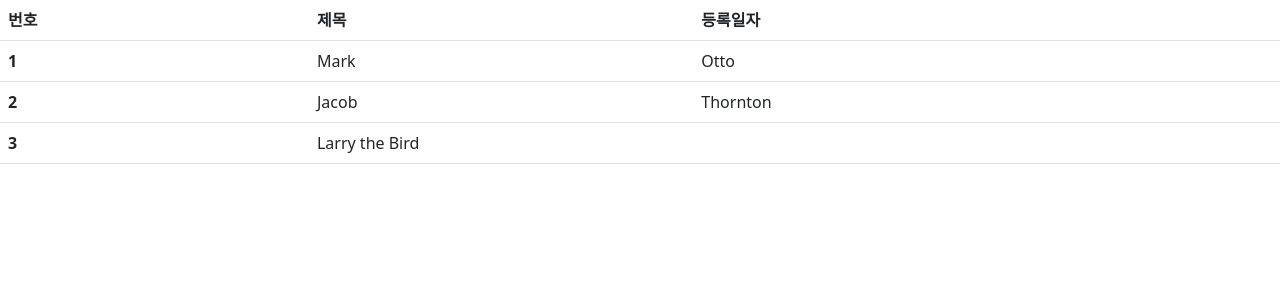
Repository: MeteorLee/Fastcampus_Spring
Page: http://localhost/java-web-01-jsp/board/detail.jsp
The author's editor kept a copy of each file at every save. The page is drawn from the files as they stood at one save, then again after the next save.
The browser window is 1280 px wide. The pictures show the whole page.
The page is served by Tomcat 9. Queries for data that is not in the repository find no rows.

Above is the page before, as saved 2022-12-22 12:42:55.

### java-web-01-jsp/WebContent/board/detail.jsp
<%@page import="java.sql.Statement"%>
<%@page import="java.sql.ResultSet"%>
<%@page import="java.sql.PreparedStatement"%>
<%@page import="com.mysql.cj.xdevapi.PreparableStatement"%>
<%@page import="java.sql.DriverManager"%>
<%@page import="java.sql.Connection"%>
<%@ page language="java" contentType="text/html; charset=UTF-8"
    pageEncoding="UTF-8"%>

<!DOCTYPE html>
<html>
	<head>
		<meta charset="UTF-8">
		<title>Insert title here</title>
		<link href="https://cdn.jsdelivr.net/npm/bootstrap@5.2.3/dist/css/bootstrap.min.css" rel="stylesheet" integrity="sha384-rbsA2VBKQhggwzxH7pPCaAqO46MgnOM80zW1RWuH61DGLwZJEdK2Kadq2F9CUG65" crossorigin="anonymous">
	</head>

	<body>
		<table class="table">
			<thead>
				<tr>
					<th scope="col">번호</th>
					<th scope="col">제목</th>
					<th scope="col">등록일자</th>

				</tr>
			</thead>
			<tbody>
			<%

	// DB에 접속을 하고 위에 내용을 저장하는 소스 구현
	Connection connection = null;
	ResultSet resultSet = null;
	try {
		Class.forName("com.mysql.cj.jdbc.Driver");
		// 데이터베이스 접촉을 위한 정보 set
		String jdbcUrl = "jdbc:mysql://localhost:3307/profile";
		// db 설치시 기입한 접속 정보set
		String user = "root";
		String password = "1234";
		// db 접속 커넥션을 획득
		connection = DriverManager.getConnection(jdbcUrl, user, password);
		String sql = "SELECT BOARD_SEQ, TITLE, CONTENTS, REG_DATE FROM T_BOARD";

		// DB 커넥션 소스를 구현해야 되요.
		Statement stmt = connection.createStatement();
		resultSet = stmt.executeQuery(sql);
		while (resultSet.next()) {
%>
			<tr>
				<th scope="row"><%=resultSet.getString("BOARD_SEQ") %></th>
				<td><%=resultSet.getString("TITLE") %></td>
				<td><%=resultSet.getString("REG_DATE") %></td>
			</tr>

<%
		}
%>
<%
	} catch (Exception e) {
		e.printStackTrace();
	} finally {
		try {
			// ResultSet 연결을 종료
			if (resultSet != null) {
				resultSet.close();
			}
			// db 커넥션 연결을 종료
			if (connection != null) {
				connection.close();
			}
		} catch (Exception e) {
			e.printStackTrace();
		}
	}


%>
				<tr>
					<th scope="row">1</th>
					<td>Mark</td>
					<td>Otto</td>

				</tr>
				<tr>
					<th scope="row">2</th>
					<td>Jacob</td>
					<td>Thornton</td>

				</tr>
				<tr>
					<th scope="row">3</th>
					<td colspan="2">Larry the Bird</td>

				</tr>
			</tbody>
		</table>
	<script src="https://cdn.jsdelivr.net/npm/bootstrap@5.2.3/dist/js/bootstrap.bundle.min.js" integrity="sha384-kenU1KFdBIe4zVF0s0G1M5b4hcpxyD9F7jL+jjXkk+Q2h455rYXK/7HAuoJl+0I4" crossorigin="anonymous"></script>
	</body>
</html>

After the next save:
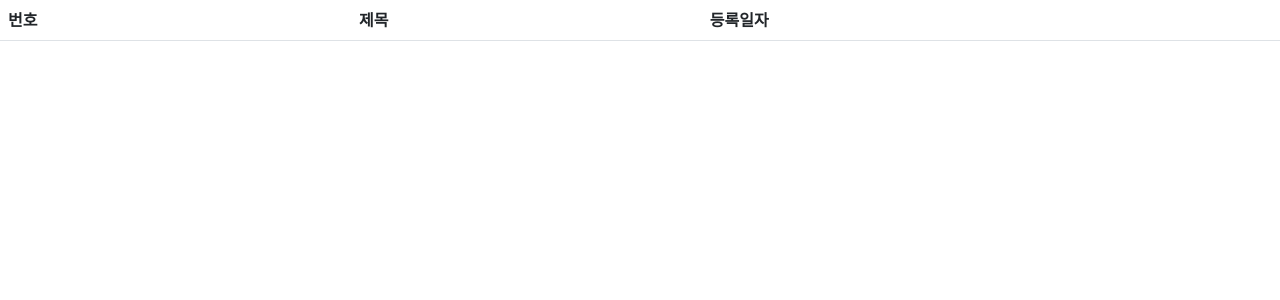
Saved 72 s later.
--- a/java-web-01-jsp/WebContent/board/detail.jsp
+++ b/java-web-01-jsp/WebContent/board/detail.jsp
@@ -76,23 +76,7 @@
 
 
 %>
-				<tr>
-					<th scope="row">1</th>
-					<td>Mark</td>
-					<td>Otto</td>
 
-				</tr>
-				<tr>
-					<th scope="row">2</th>
-					<td>Jacob</td>
-					<td>Thornton</td>
-
-				</tr>
-				<tr>
-					<th scope="row">3</th>
-					<td colspan="2">Larry the Bird</td>
-
-				</tr>
 			</tbody>
 		</table>
 	<script src="https://cdn.jsdelivr.net/npm/bootstrap@5.2.3/dist/js/bootstrap.bundle.min.js" integrity="sha384-kenU1KFdBIe4zVF0s0G1M5b4hcpxyD9F7jL+jjXkk+Q2h455rYXK/7HAuoJl+0I4" crossorigin="anonymous"></script>
